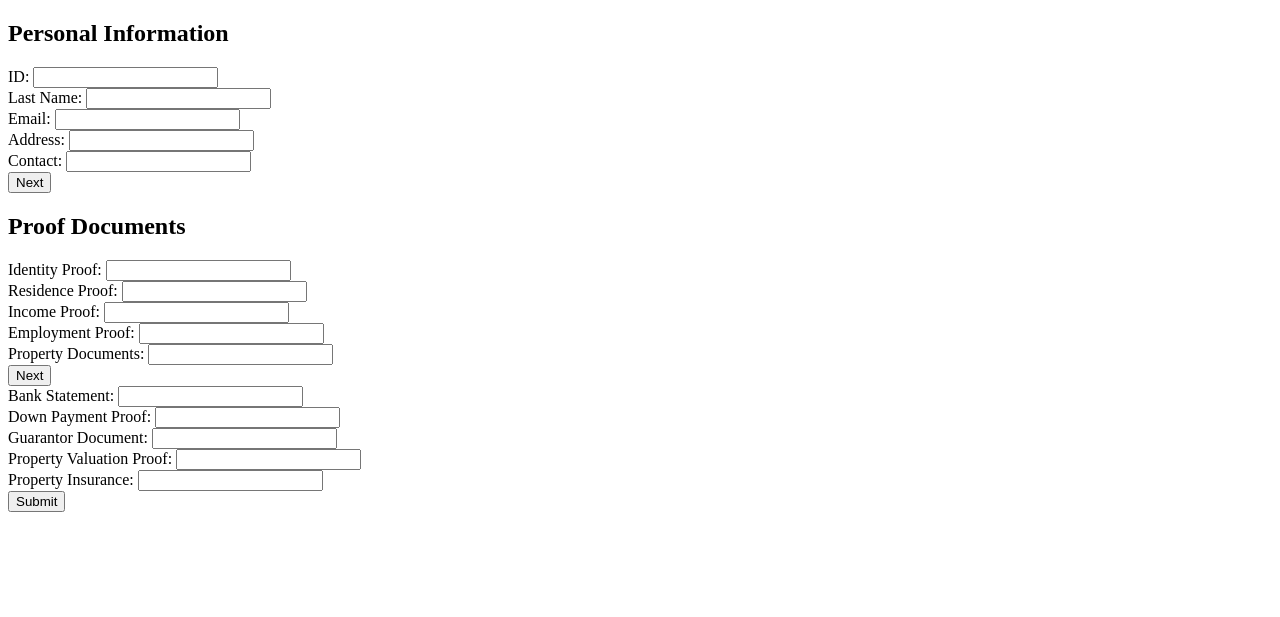
Repository: 72-faisal/Spring-MVC-project
Page: http://localhost/HomeLoan/WEB-INF/views/OnlineForm.jsp
The author's editor kept a copy of each file at every save. The page is drawn from the files as they stood at one save, then again after the next save.
The browser window is 1280 px wide. The pictures show the whole page.
The page is served by Tomcat 9. Nobody is signed in. Other server files are loaded and not shown. The template is opened directly, without the code that normally fills it, so the values that code supplies are empty.

Above is the page before, as saved 2024-01-10 12:36:21.

### HomeLoan/src/main/webapp/WEB-INF/views/OnlineForm.jsp
<%@ page language="java" contentType="text/html; charset=ISO-8859-1"
    pageEncoding="ISO-8859-1"%>
<!DOCTYPE html>
<html>
<head>
<meta charset="ISO-8859-1">
<title>Insert title here</title>
</head>
<body>

<div class="form-container">
    <form id="loanForm">
        <!-- Part 1: Personal Information -->
        <div class="form-slide">
            <h2>Personal Information</h2>
    <label for="id">ID:</label>
    <input type="text" id="id" name="id" required><br>

    <label for="lname">Last Name:</label>
    <input type="text" id="lname" name="lname" required><br>

    <label for="lemail">Email:</label>
    <input type="email" id="lemail" name="lemail" required><br>

    <label for="laddress">Address:</label>
    <input type="text" id="laddress" name="laddress" required><br>

    <label for="lcontact">Contact:</label>
    <input type="text" id="lcontact" name="lcontact" required><br>

            <!-- ... (your personal information fields) -->
            <button type="button" onclick="nextSlide(2)">Next</button>
        </div>

        <!-- Part 2: Proof Documents -->
        <div class="form-slide">
            <h2>Proof Documents</h2>
           <label for="poidentity">Identity Proof:</label>
    <input type="text" id="poidentity" name="poidentity" required><br>

    <label for="poresidence">Residence Proof:</label>
    <input type="text" id="poresidence" name="poresidence" required><br>

    <label for="poincome">Income Proof:</label>
    <input type="text" id="poincome" name="poincome" required><br>

    <label for="emp_proof">Employment Proof:</label>
    <input type="text" id="emp_proof" name="emp_proof" required><br>

    <label for="property_documents">Property Documents:</label>
    <input type="text" id="property_documents" name="property_documents" required><br>
            <!-- ... (your proof documents fields) -->
            <button type="button" onclick="nextSlide(3)">Next</button>
        </div>

        <!-- Part 3: Additional Documents -->
        <div class="form-slide">
             <label for="bank_statment">Bank Statement:</label>
    <input type="text" id="bank_statment" name="bank_statment" required><br>

    <label for="dp_proof">Down Payment Proof:</label>
    <input type="text" id="dp_proof" name="dp_proof" required><br>

    <label for="guarantor_document">Guarantor Document:</label>
    <input type="text" id="guarantor_document" name="guarantor_document" required><br>

    <label for="property_valuation_proof">Property Valuation Proof:</label>
    <input type="text" id="property_valuation_proof" name="property_valuation_proof" required><br>

    <label for="property_insurance">Property Insurance:</label>
    <input type="text" id="property_insurance" name="property_insurance" required><br>

    <!-- Submit Button -->
    <input type="submit" value="Submit">
        </div>
    </form>
</div>

</body>
</html>

After the next save:
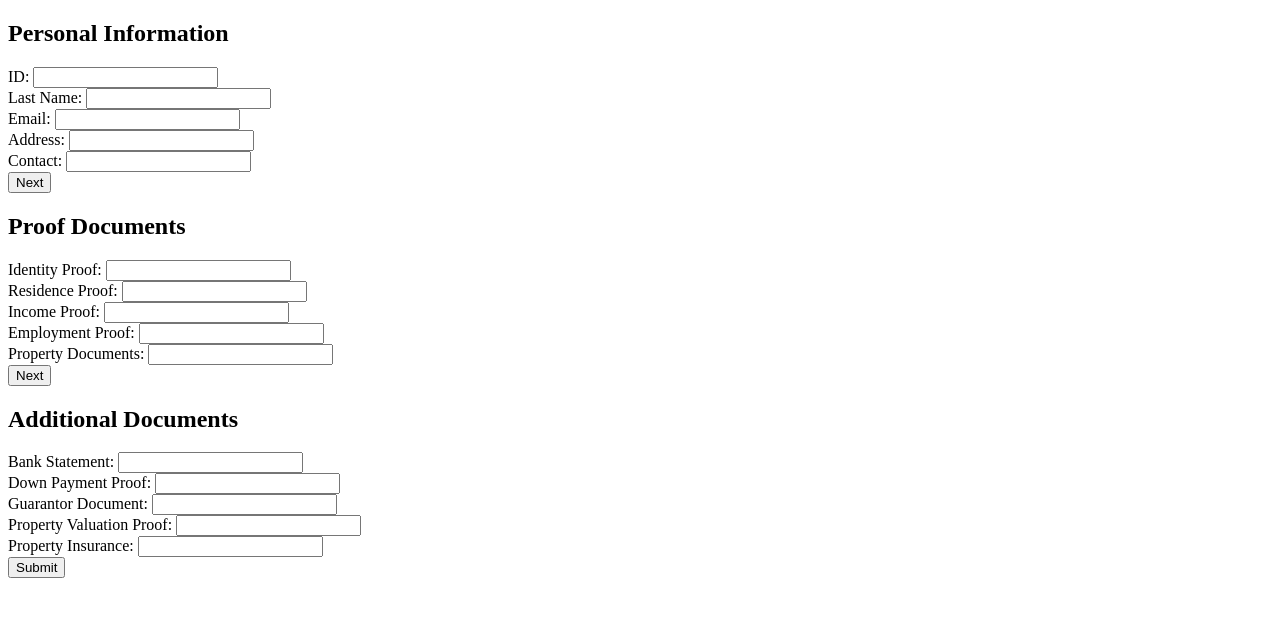
Saved 19 s later.
--- a/HomeLoan/src/main/webapp/WEB-INF/views/OnlineForm.jsp
+++ b/HomeLoan/src/main/webapp/WEB-INF/views/OnlineForm.jsp
@@ -55,7 +55,8 @@
 
         <!-- Part 3: Additional Documents -->
         <div class="form-slide">
-             <label for="bank_statment">Bank Statement:</label>
+         <h2>Additional Documents</h2>
+    <label for="bank_statment">Bank Statement:</label>
     <input type="text" id="bank_statment" name="bank_statment" required><br>
 
     <label for="dp_proof">Down Payment Proof:</label>
